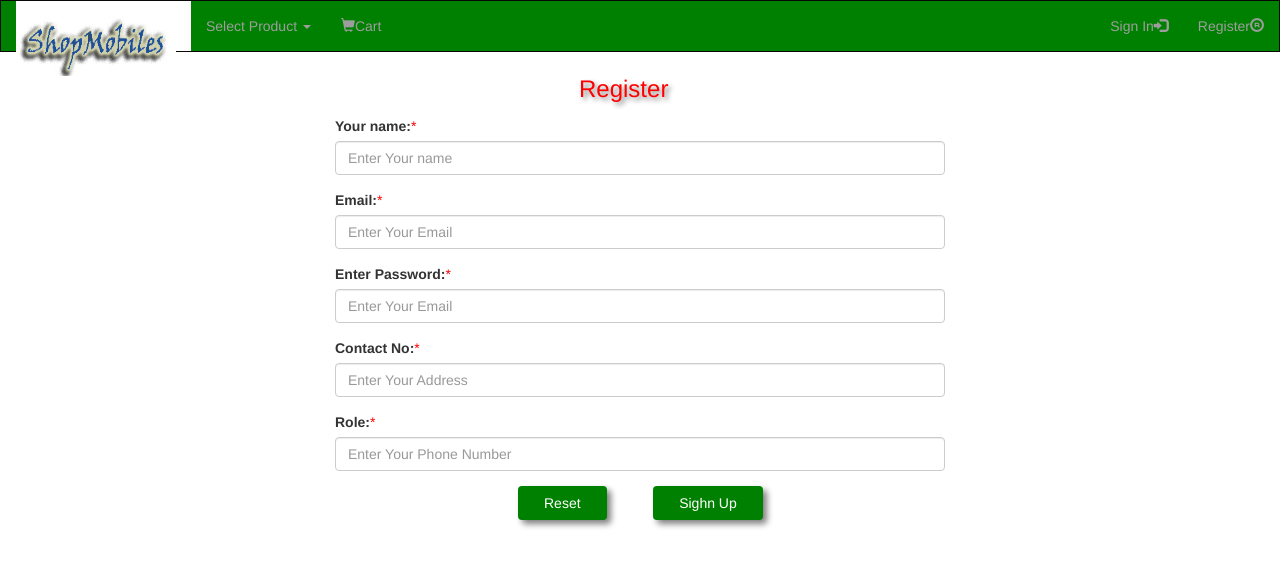
Repository: KoustabhBiswas/Final-Ecommerce-Project
Page: http://localhost/ecommerce1/WEB-INF/views/register.jsp
The author's editor kept a copy of each file at every save. The page is drawn from the files as they stood at one save, then again after the next save.
The browser window is 1280 px wide. The pictures show the whole page.
Some web libraries are served in a nearby version. The page is served by Tomcat 9. Nobody is signed in. Other server files are loaded and not shown. The template is opened directly, without the code that normally fills it, so the values that code supplies are empty.

Above is the page before, as saved 2017-09-17 12:07:09.

### Final Ecommerce Project/Ecommerce_Project-master/project/ecommerce1/src/main/webapp/WEB-INF/views/register.jsp
<%@ page language="java" contentType="text/html; charset=ISO-8859-1"
    pageEncoding="ISO-8859-1"%>
    <%@ taglib uri="http://www.springframework.org/tags/form" prefix="form" %>
<!DOCTYPE html PUBLIC "-//W3C//DTD HTML 4.01 Transitional//EN" "http://www.w3.org/TR/html4/loose.dtd">
<html>
<head>
<meta http-equiv="Content-Type" content="text/html; charset=ISO-8859-1">
<title>Insert title here</title>
<link rel="stylesheet"
	href="https://cdnjs.cloudflare.com/ajax/libs/font-awesome/4.7.0/css/font-awesome.min.css">

<link rel="stylesheet"
	href="https://maxcdn.bootstrapcdn.com/bootstrap/3.3.7/css/bootstrap.min.css">
<script
	src="https://ajax.googleapis.com/ajax/libs/jquery/3.2.1/jquery.min.js"></script>
<script
	src="https://maxcdn.bootstrapcdn.com/bootstrap/3.3.7/js/bootstrap.min.js"></script>
<style>
.btn{
	box-shadow:4px 4px 6px grey;
	margin-right: 10%;
	padding-right: 25px;
	padding-left: 25px;
	background-color: green;
	color: white;
}
.btn:hover{
	box-shadow:2px 2px 4px grey;
	background-color: blue;
}
</style>
</head>
<body>
<div class="container-fluid">
	<%@ include file="shared/navbar.jsp" %>
	<div class="row" >

  		<div class="col-md-6" style="margin-left: 25%; ">
  				<div><p style="color: red; margin-left: 40%; font-size: 24px; text-shadow: 3px 3px 5px grey; ">Register</p></div>

  			<form:form action="userSubmit" modelAttribute="registration" method="post" class="form-group">
  				<div class="form-group">
  				<form:input type="hidden" path="userId" />
  					<form:label path="userName">Your name:</form:label><span style="color: red">*</span>
  					<form:input type="text" name="uname" path="userName" class="form-control" placeholder="Enter Your name" />
  				</div>

  				<div class="form-group">
  					<form:label path="emailId">Email:</form:label><span style="color: red">*</span>
  					<form:input type="text" path="emailId" class="form-control" placeholder="Enter Your Email" />
  				</div>
				<div class="form-group">
  					<form:label path="password">Enter Password:</form:label><span style="color: red">*</span>
  					<form:input type="password" path="password" class="form-control" placeholder="Enter Your Email" />
  				</div>

  				<div class="form-group">
  					<form:label path="contactNo">Contact No:</form:label><span style="color: red">*</span>
  					<form:input type="text" path="contactNo" class="form-control" placeholder="Enter Your Address" />
  				</div>

  				<div class="form-group">
  					<form:label path="role">Role:</form:label><span style="color: red">*</span>
  					<form:input type="text" path="role" class="form-control" placeholder="Enter Your Phone Number" />
  				</div>



  				<div style="margin-left: 30% ">
  					<input type="reset" value="Reset" class="btn" style="">

  					<input type="submit" value="Sighn Up" class="btn" style="  padding-right: 25px; padding-left: 25px;">
  				</div>

  			</form:form>

  		</div>

  	</div>
  	</div>
</body>
</html>

### Final Ecommerce Project/Ecommerce_Project-master/project/ecommerce1/src/main/webapp/WEB-INF/views/shared/navbar.jsp
<%@ page language="java" contentType="text/html; charset=ISO-8859-1"
	pageEncoding="ISO-8859-1" isELIgnored="false"%>
<%@ taglib uri="http://www.springframework.org/security/tags"
	prefix="sec"%>
<%@ taglib uri="http://java.sun.com/jsp/jstl/core" prefix="c"%>

<style>
nav {
	background-color: #1b6d85;
}
</style>

<div class="row" style="border-bottom-style: none;">
	<nav class="navbar navbar-inverse"
		style="background-color: green; border-radius: 0px; color: white;">
		<div class="container-fluid">
			<div class="navbar-header" style="background-color:white">
				<a class="navbar-brand" href="home" ><img
					src="<c:url value="/resources/images/shopmobiles4.jpg" />" height=60px width=160px style="margin-bottom:1%"></a>
			</div>
			<ul class="nav navbar-nav">

				<li class="dropdown"><a class="dropdown-toggle"
					data-toggle="dropdown" href="#">Select Product <span
						class="caret"></span></a>
					<ul class="dropdown-menu">
						<li><a href="${pageContext.request.contextPath}/samsung">Samsung</a></li>
						<li><a href="${pageContext.request.contextPath}">Nokia</a></li>
						<li><a href="#">HTC</a></li>
					</ul></li>

				<li><a href="/ecommerce1/user/view/cart"><span
						class="glyphicon glyphicon-shopping-cart"></span>Cart</a></li>

			</ul>
			<ul class="nav navbar-nav navbar-right">
				<sec:authorize access="hasAuthority('Admin')">
					<li class="dropdown"><a class="dropdown-toggle"
						data-toggle="dropdown" href="#">Admin <span class="caret"></span></a>
						<ul class="dropdown-menu">
							<li><a href="admin/product">Product</a></li>
							<li><a href="admin/supplier">Supplier</a></li>

						</ul></li>
				</sec:authorize>
				<sec:authorize access="isAnonymous()">
					<li><a href="login">Sign In<span
							class="glyphicon glyphicon-log-in"></span></a></li>
				</sec:authorize>
				<sec:authorize access="isAuthenticated()">
					<li><a href="/ecommerce1/logout">LOGOUT</a><span>${name}</span></li>
				</sec:authorize>
				<li><a href="registerpage">Register<span
						class="glyphicon glyphicon-registration-mark"></span></a>${username}</li>
			</ul>
		</div>
	</nav>
</div>

After the next save:
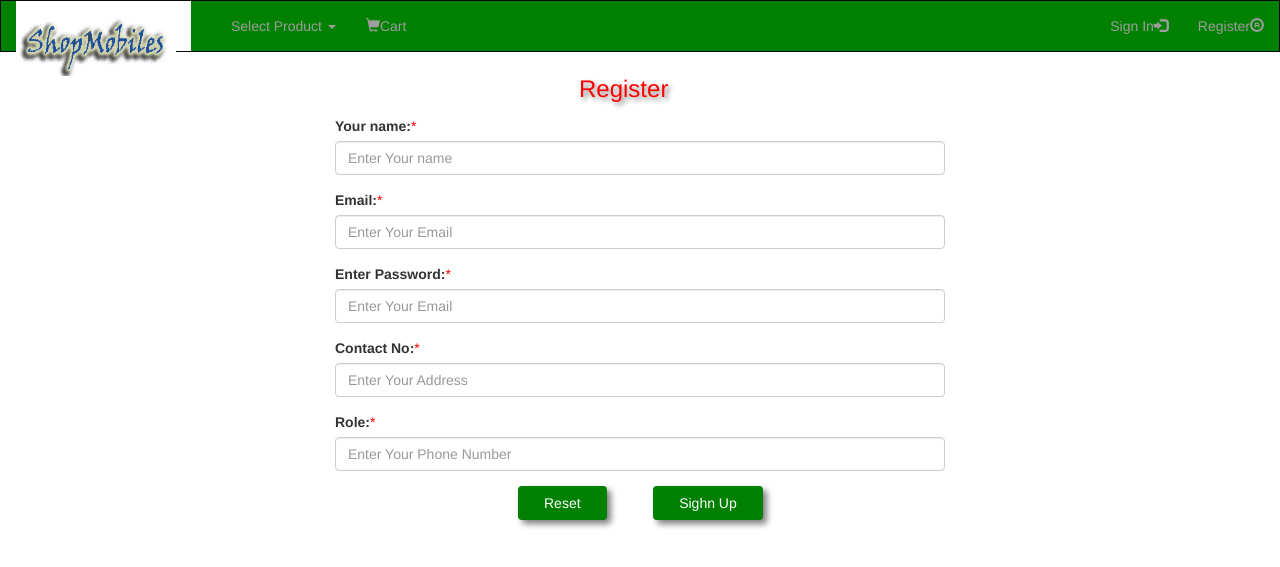
Saved 28 s later.
--- a/Final Ecommerce Project/Ecommerce_Project-master/project/ecommerce1/src/main/webapp/WEB-INF/views/shared/navbar.jsp
+++ b/Final Ecommerce Project/Ecommerce_Project-master/project/ecommerce1/src/main/webapp/WEB-INF/views/shared/navbar.jsp
@@ -14,7 +14,7 @@
 	<nav class="navbar navbar-inverse"
 		style="background-color: green; border-radius: 0px; color: white;">
 		<div class="container-fluid">
-			<div class="navbar-header" style="background-color:white">
+			<div class="navbar-header" style="background-color:white; margin-right:2%;">
 				<a class="navbar-brand" href="home" ><img
 					src="<c:url value="/resources/images/shopmobiles4.jpg" />" height=60px width=160px style="margin-bottom:1%"></a>
 			</div>

After the save that followed:
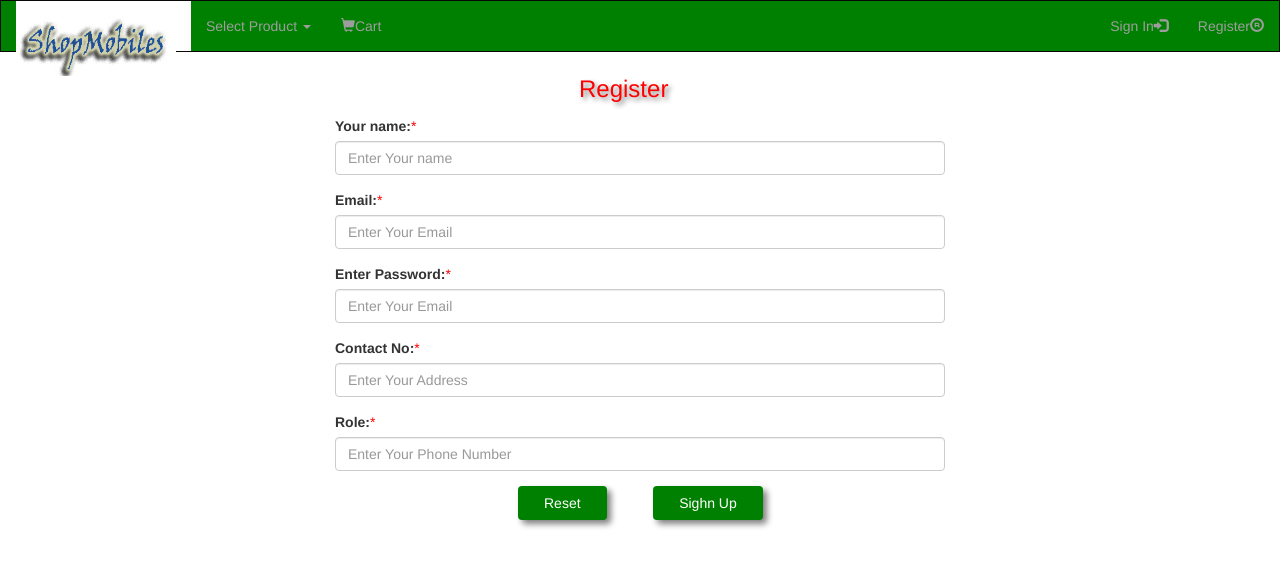
Saved 73 s later.
--- a/Final Ecommerce Project/Ecommerce_Project-master/project/ecommerce1/src/main/webapp/WEB-INF/views/shared/navbar.jsp
+++ b/Final Ecommerce Project/Ecommerce_Project-master/project/ecommerce1/src/main/webapp/WEB-INF/views/shared/navbar.jsp
@@ -14,7 +14,7 @@
 	<nav class="navbar navbar-inverse"
 		style="background-color: green; border-radius: 0px; color: white;">
 		<div class="container-fluid">
-			<div class="navbar-header" style="background-color:white; margin-right:2%;">
+			<div class="navbar-header" style="background-color:white; right:5%;">
 				<a class="navbar-brand" href="home" ><img
 					src="<c:url value="/resources/images/shopmobiles4.jpg" />" height=60px width=160px style="margin-bottom:1%"></a>
 			</div>
